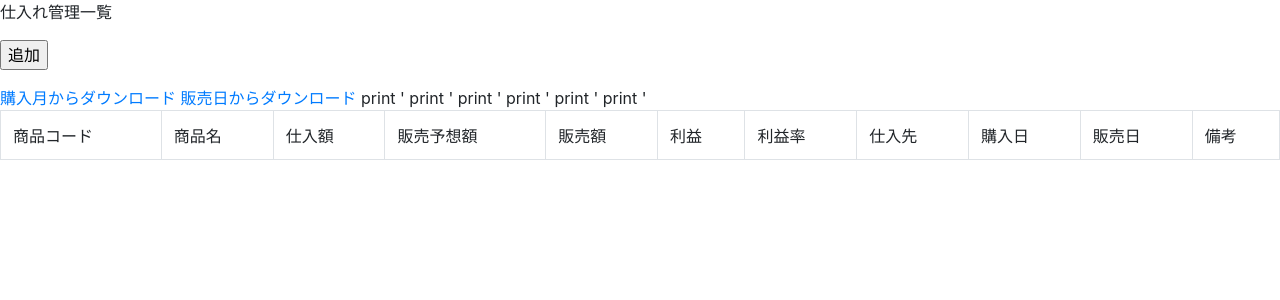
Repository: hayashikazuki/quroud9
Page: http://localhost/hurugi_keisan/product/hurugi_list.php
The author's editor kept a record of every edit. The page is drawn from the files as they stood at one moment, then again after the next edit.
The browser window is 1280 px wide. The pictures show the whole page.
The page is run by PHP 8.4 with error messages shown; the project is at /var/www/html/. Queries for data that is not in the repository find no rows.

Above is the page before.

After the next edit:
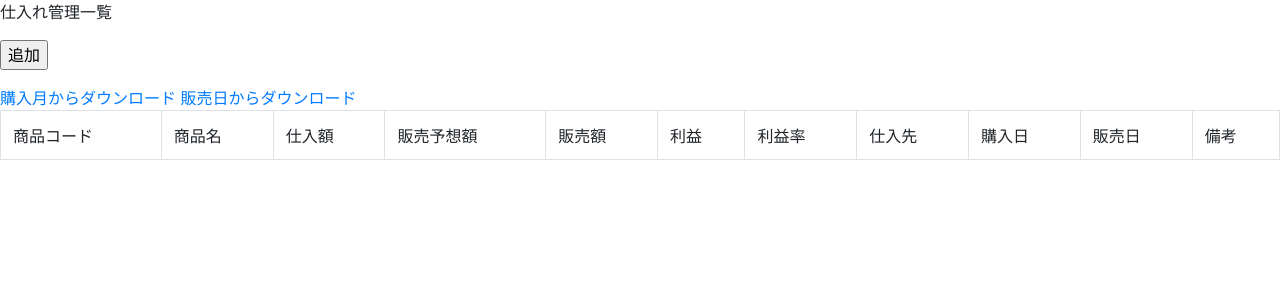
The edit:
--- a/hurugi_keisan/product/hurugi_list.php
+++ b/hurugi_keisan/product/hurugi_list.php
@@ -33,19 +33,19 @@
     <a href="saledate_download.php">販売日からダウンロード</a>
 
     <table class="table table-bordered">
-    <tr>
-    <td>商品コード</td>
-    <td>商品名</td>
-    <td>仕入額</td>
-    <td>販売予想額</td>
-    <td>販売額</td>
-    <td>利益</td>
-    print '<td>利益率</td>
-    print '<td>仕入先</td>
-    print '<td>購入日</td>
-    print '<td>販売日</td>
-    print '<td>備考</td>
-    print '</tr>
+        <tr>
+            <td>商品コード</td>
+            <td>商品名</td>
+            <td>仕入額</td>
+            <td>販売予想額</td>
+            <td>販売額</td>
+            <td>利益</td>
+            <td>利益率</td>
+            <td>仕入先</td>
+            <td>購入日</td>
+            <td>販売日</td>
+            <td>備考</td>
+    </tr>
     <?php
     while(true)
     {
